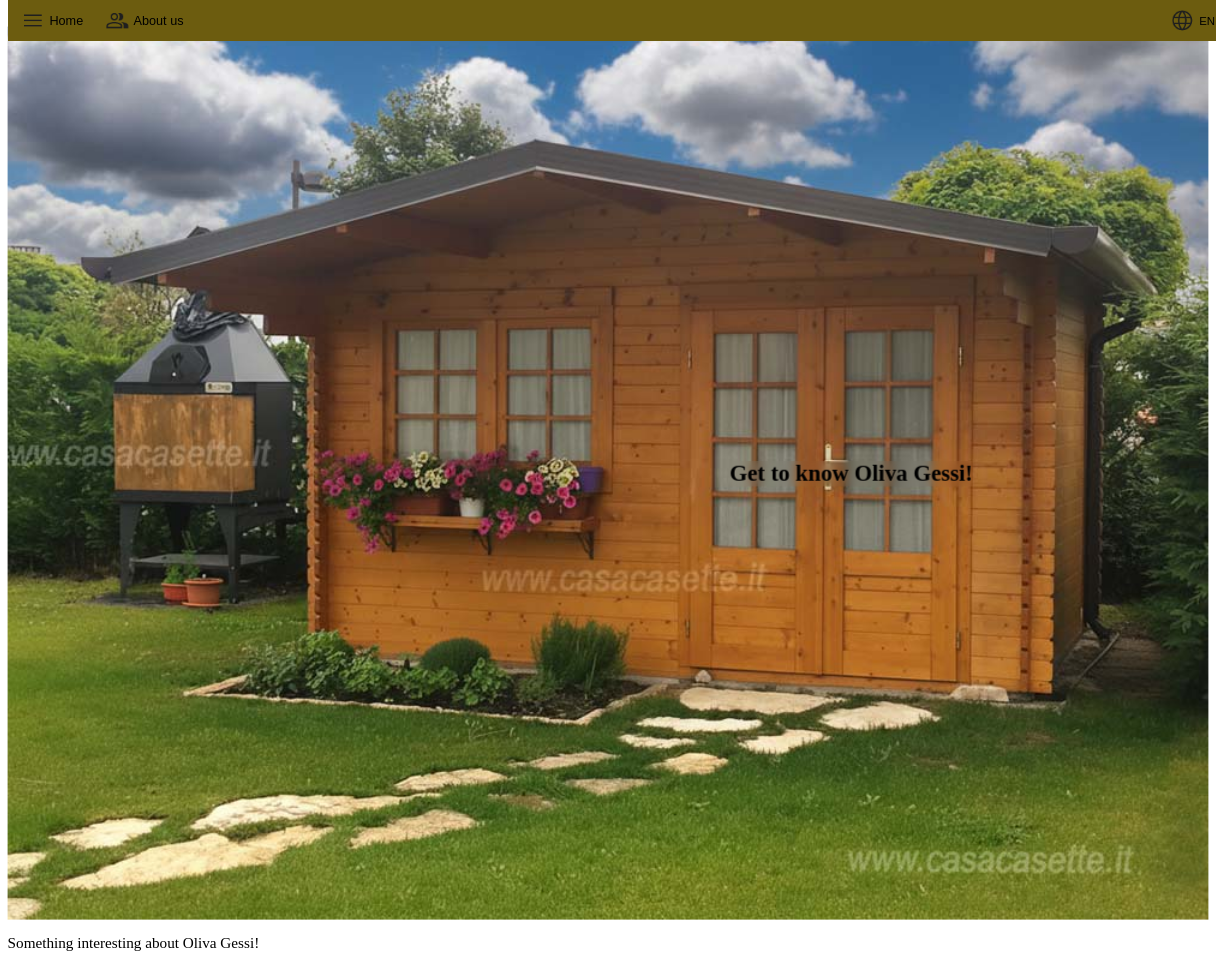
Repository: Seaside-Jokers/Oliva-gessi
Page: index.html
An editor plug-in stored every save of this project. The page is shown before and after the next save, followed by the edit.
The browser window is 1280 px wide. The pictures show the whole page, at 95% of full size.

Above is the page before, as saved 2026-02-17 01:14:15.

### index.html
<!DOCTYPE html>
<html lang="it">
<head>
    <meta charset="UTF-8">
    <title>Oliva Gessi</title>
    <link rel="stylesheet" href="src/style.css">
    <link rel="alternate" hreflang="en" href="index.html">
    <link rel="alternate" hreflang="it" href="index.html">
</head>
<body>
    <!-- ======================================================================= -->
    <!--                                 NAVBAR                                  -->
    <!-- ======================================================================= -->
    <nav class="navbar">
        <!-- Home -->
        <button class="btn-navbar" type="button" onclick="toggleMenu()">
            <img src="assets/menu_icon.png" data-key="home" alt="Home" class="icone" id="navbar-button">
            <span data-key="home" class="navData">Menu</span>
        </button>
        <!-- About us-->
        <button class="btn-navbar" type="button" onclick="location.href='about-us.html'">
            <img src="assets/about_us.png" data-key="about" alt="Chi siamo" class="icone">
            <span data-key="about" class="navData">Chi siamo</span>
        </button>
        <!-- Cambio lingua (a destra) -->
        <button class="btn-navbar lang-button" type="button">
            <img src="assets/language.png" data-key="language" alt="Cambia lingua" class="icone"
             onclick="changeLang()">
            <span data-key="current_language" class="nav-data">IT</span>
        </button>
    </nav>
    <!-- ======================================================================= -->
    <!--                                 SIDEBAR                                 -->
    <!-- ======================================================================= -->
    <!-- Strato trasparente che permette di chiudere il menu cliccando fuori -->
    <div class="clicker" onclick="closeMenu()"></div>
    <!-- Menu laterale vero e proprio -->
    <div class="sidebar" id="sidebar">
        <!-- Chiudi il menu -->
        <button class="sidebar-button on_top" type="button" onclick="closeMenu()">
            <img src="assets/close.png" alt="Chiudi menu" class="icone large">
            <span data-key="close_menu" class="side-data">Chiudi</span>
        </button>
        <!-- About us -->
        <button class="sidebar-button" type="button" onclick="location.href='about-us.html'">
            <img src="assets/about_us.png" alt="Chiudi menu" class="icone large">
            <span data-key="about" class="side-data">Chi siamo</span>
        </button>
        <details>
            <!-- Le varie pagine del file -->
            <summary data-key="cerca_pagina"></summary>
        </details>
    </div>

    <!-- ======================================================================= -->
    <!--                                CONTENUTO                                -->
    <!-- ======================================================================= -->
    <div class="container spaced">
        <!-- Prova dettagliata -->
        <img src="assets/prova_dettagliata.jpg" alt="Logo Oliva Gessi" class="immagine">
        <h2 data-key="titolo" id="titolotxt" class="blurry">Vieni a conoscere Oliva Gessi!</h2>
    </div>
    <p data-key="testo_introduzione" class="text"></p>

    <!-- ======================================================================= -->
    <!--                              DO NOT TOUCH                               -->
    <!-- ======================================================================= -->
    <script src="src/database_testo.js"></script>
    <script src="src/color_scheme.js"></script>
    <script src="src/sidebar.js"></script>
</body>

<!-- TODO: leggi questo commento e poi eliminalo per favore: quando vuoi aggiungere un nuovo testo modificalo in src/database_testo.js -->
</html>

### src/style.css
/* -------------------------------------------------------------------------- */
/*                                    BASE                                    */
/* -------------------------------------------------------------------------- */
/* corpo dell'HTML */
var root = document.documentElement;
body {
    font-family: 'Montserrat', sans-serif;
    margin: 0;
    padding: 0;
    background-color: var(--colors-background);
}
.spaced {
    margin-top: 28px;
}
.on_top {
    margin-top: 25px;
}
.title {
    font-family: 'Playfair Display', serif;
}
h1 {
    font-family: 'Playfair Display', serif;
}
h2 {
    font-family: 'Playfair Display', serif;
}
h3 {
    font-family: 'Playfair Display', serif;
}
h4 {
    font-family: 'Playfair Display', serif;
}
h5 {
    font-family: 'Playfair Display', serif;
}
h6 {
    font-family: 'Playfair Display', serif;
}

/* -------------------------------------------------------------------------- */
/*                                   NAVBAR                                   */
/* -------------------------------------------------------------------------- */
nav.navbar {
    position: fixed;
    top: 0;
    width: 100%;
    display: flex;
    align-items: center;
    background-color: var(--colors-primary);
    padding: 5px;
}
.icone {
    width: 25px;
    height: auto;
    display: block;
    margin: 0px 5px;
}
.icone.large {
    width: 30px;
}

button.btn-navbar {
    padding: 4px;
    margin-right: 10px;
    background: none;
    border: none;
    cursor: pointer;
    transition: transform 0.2s;
    display: flex;
    flex-direction: row;
    align-items: center;
    justify-content: center;
}
.btn-navbar:hover {
    transform: scale(1.1);
}
button.btn-navbar.lang-button {
    margin-left: auto;
    margin-right: 10px;
}
button.btn-navbar.ruotata {
    transform: rotate(90deg);
}

span.nav-data {
    font-size: 12px;
}
/* TODO: apertuta menu, rotazione di 90° quando il menù è aperto */

.btn-menu:hover {
    transform: scale(1.1);
}

/* -------------------------------------------------------------------------- */
/*                               SIDEBAR (HOME)                               */
/* -------------------------------------------------------------------------- */
.clicker {
    position: fixed;
    top: 0;
    left: 0;
    width: 0%;
    height: 0%;
    z-index: 1;
}
.clicker.show {
    width: 100%;
    height: 100%;
}
.sidebar {
    position: fixed;
    height: 100%;
    width: 250px;
    position: fixed;
    z-index: 1000;
    top: 0;
    left: -250px;
    background-color: var(--colors-primary);
    overflow-x: hidden;
    transition: 0.5s;
    flex-direction: column;
}
.sidebar.aperta {
    left: 0;
}
.sidebar-button {
    background: none;
    border: none;
    display: flex;
    flex-direction: row;
    align-items: center;
    flex: 1;
    margin: 8px 3px;
}
.side-data {
    font-size: 14px;
}
details {
  cursor: pointer;
  font-weight: bold;
  margin-top: 10px;
  margin-bottom: 15px;
  margin-left: 15px;
}

/* -------------------------------------------------------------------------- */
/*                                  CONTENUTO                                 */
/* -------------------------------------------------------------------------- */
.container {
    display: flex;
    flex-direction: row;
    align-items: center;
    justify-content: center;
    width: 100%;
}
.immagine {
    width: 100%;
    height: auto;
    margin-left: auto;
    margin-right: 0;
}
.blurry {
    backdrop-filter: blur(5px);
    -webkit-backdrop-filter: blur(8px);
}

#titolotxt {
    z-index: 200;
    position: absolute;
    left: 60%;
}


/*
    Fonts: https://ctrl-z.it/9-font-architettura-tavole-portfolio https://material-f/
    Design: foundation.github.io/material-theme-builder/
    Fonts: Playfair Display (titoli), Montserrat (testo normale)
*/

### src/database_testo.js
const traduzioni = {
    "it": {
        titolo: "Vieni a conoscere Oliva Gessi!",
        home: "Home",
        about: "Chi siamo",
        language: "Cambia lingua",
        current_language: "IT",
        close_menu: "Chiudi",
        cerca_pagina: "Cerca la pagina",
        testo_introduzione: "Qualcosa di interessante su Oliva Gessi!", // TODO! completare
    },
    "en": {
        titolo: "Get to know Oliva Gessi!",
        home: "Home",
        about: "About us",
        language: "Change language",
        current_language: "EN",
        close_menu: "Close menu",
        cerca_pagina: "Search the page",
        testo_introduzione: "Something interesting about Oliva Gessi!", // TODO! completare
    }
}

function getTesto(key) {
    return traduzioni[state][key] || key;
}



/* -------------------------------------------------------------------------- */
/*                                DO NOT TOUCH                                */
/* -------------------------------------------------------------------------- */
let state =  getDefaultLang();

function aggiornaInterfaccia() {
    const elementi = document.querySelectorAll('[data-key]');

    elementi.forEach(el => {
        const chiave = el.getAttribute('data-key');
        const testoTradotto = traduzioni[state][chiave];

        if (testoTradotto) {
            if (el.tagName === 'IMG') {
                el.alt = testoTradotto;
            } else {
                // Altrimenti aggiorna il testo normale
                el.textContent = testoTradotto;
            }
        }
    });
}

/* -------------------------------------------------------------------------- */
/*                            Cambiamenti di stato                            */
/* -------------------------------------------------------------------------- */
function getDefaultLang() {
    if(navigator.language.substring(0, 2) === "it")
        return "it";

    return "en";
}
function defaultLang() {
    state = getDefaultLang();
    aggiornaInterfaccia();
    return true;
}
function changeLangTo(_state) {
    if(_state !== "it" && _state !== "en") {
        defaultLang();
        return;
    }
    state = _state;
    aggiornaInterfaccia();
}
function changeLang() {
    if(state === "it")
        changeLangTo("en");
    else
        changeLangTo("it");
}

document.addEventListener("DOMContentLoaded", aggiornaInterfaccia);

### src/sidebar.js
let menuAperto = false;

function toggleMenu() {
    menuAperto = !menuAperto;

    const icon = document.getElementById("navbar-button");
    icon.classList.toggle('ruotata');

    const menu = document.getElementById("sidebar");
    menu.classList.toggle('aperta');

    const clicker = document.querySelector(".clicker");
    clicker.classList.toggle('show');
}
function closeMenu() {
    if(!menuAperto) return;
    toggleMenu();
}

Loaded but not shown: src/color_scheme.js (530 lines, source omitted)

After the next save:
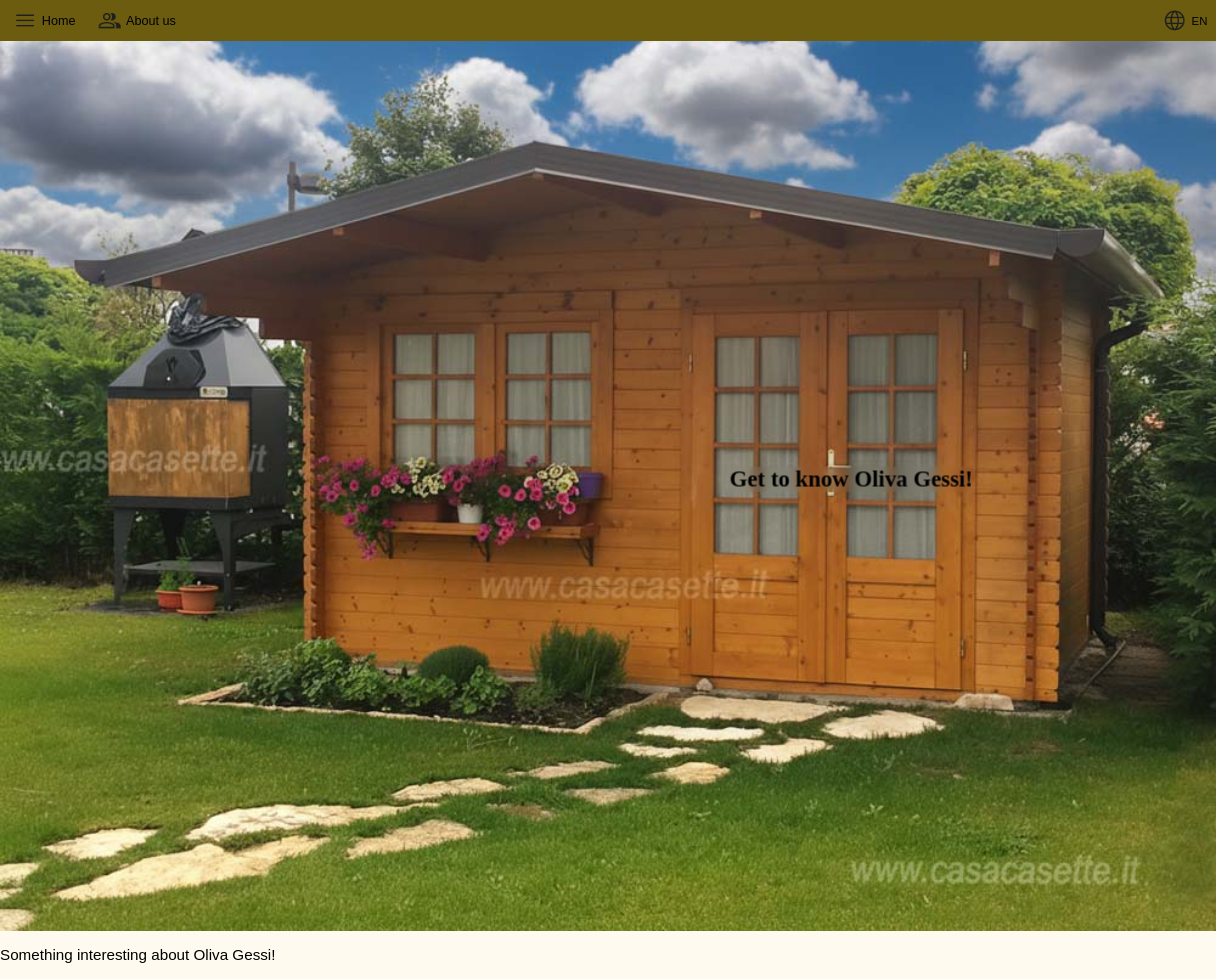
Saved 9 s later.
--- a/src/style.css
+++ b/src/style.css
@@ -2,7 +2,6 @@
 /*                                    BASE                                    */
 /* -------------------------------------------------------------------------- */
 /* corpo dell'HTML */
-var root = document.documentElement;
 body {
     font-family: 'Montserrat', sans-serif;
     margin: 0;

After the 4 saves that followed:
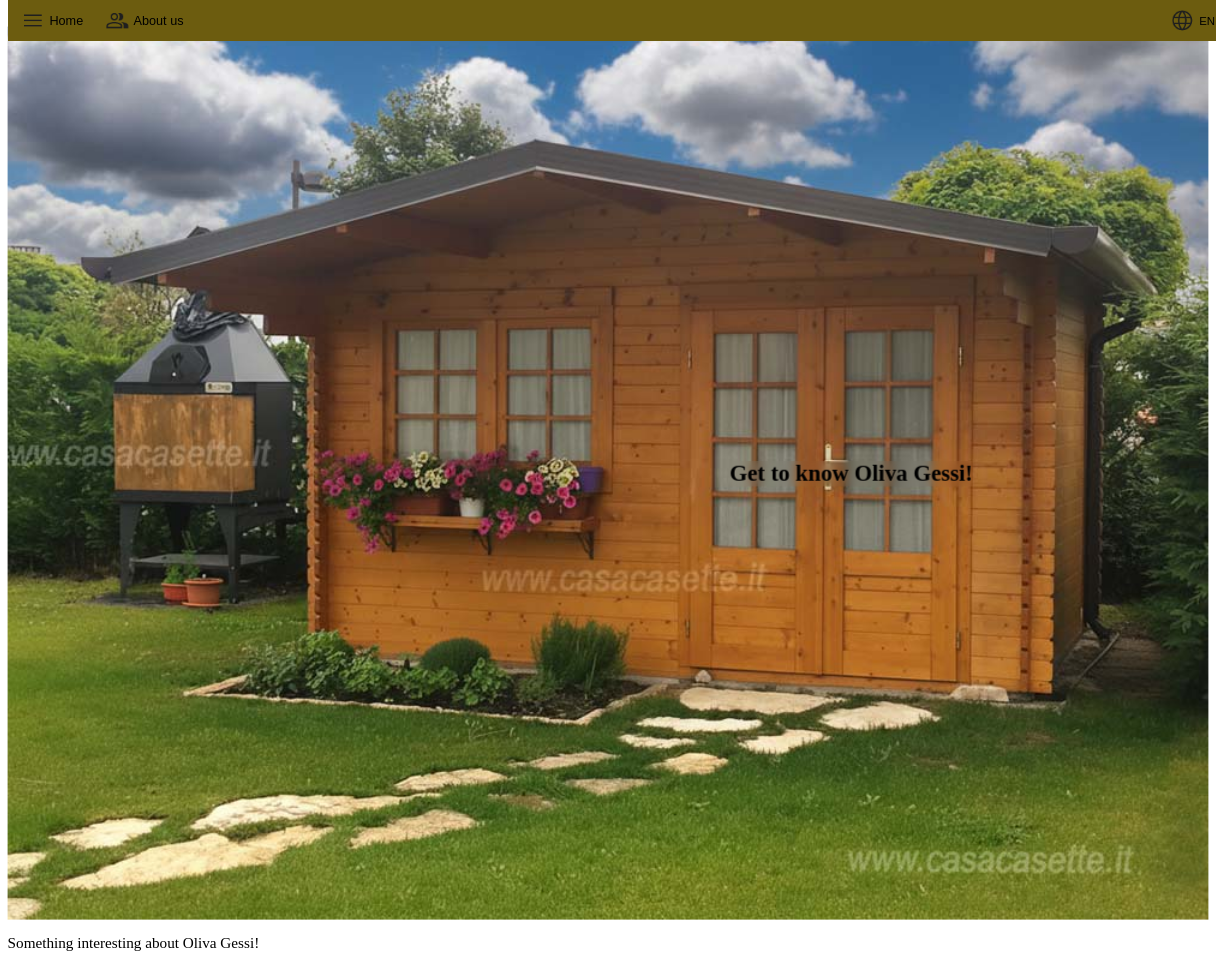
The 4 saves are shown as one change because 1 left the picture as it was and some came seconds apart.
The last was saved 27 s later.
--- a/src/style.css
+++ b/src/style.css
@@ -2,6 +2,7 @@
 /*                                    BASE                                    */
 /* -------------------------------------------------------------------------- */
 /* corpo dell'HTML */
+var(--colors-primary: #2c3e50);
 body {
     font-family: 'Montserrat', sans-serif;
     margin: 0;
